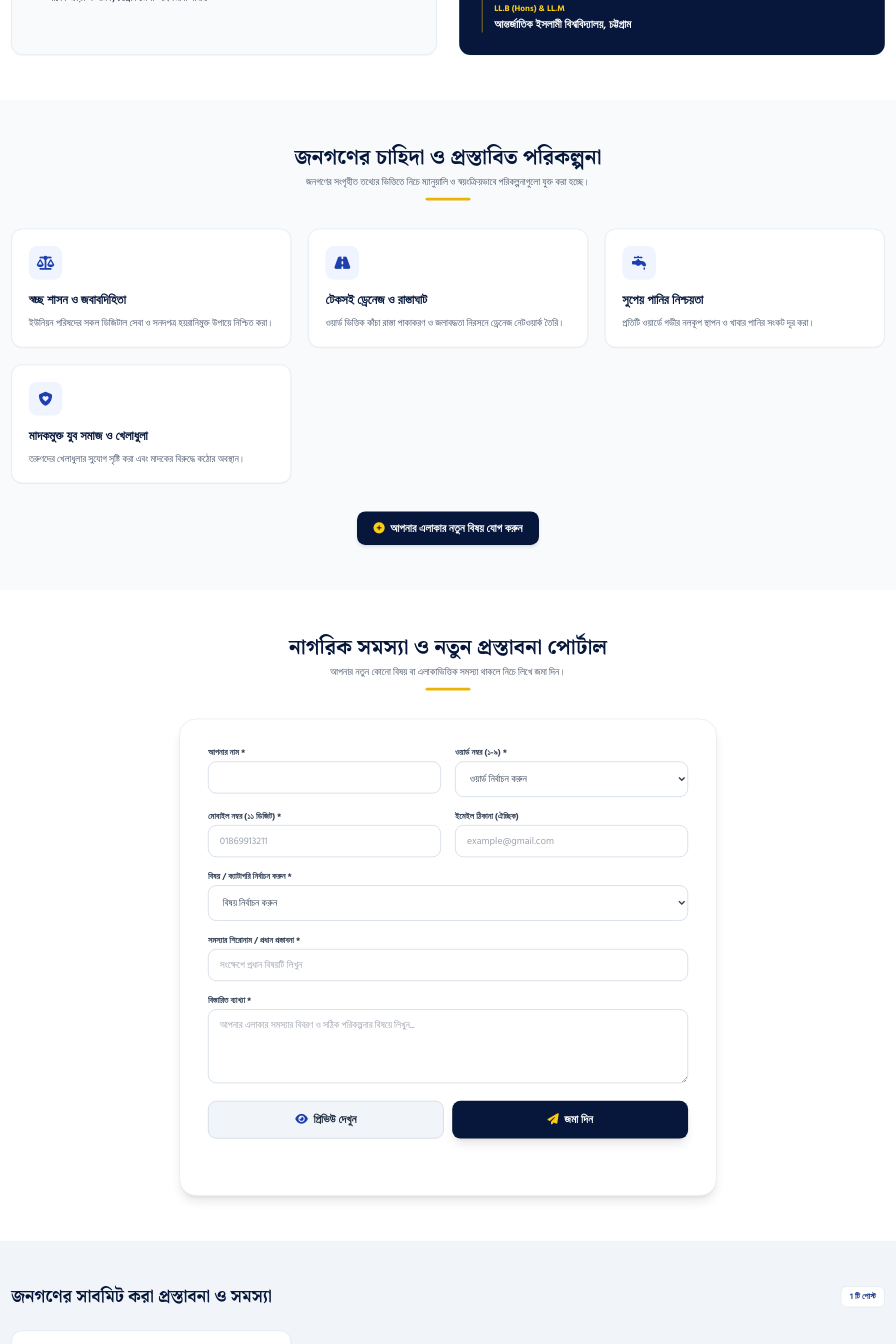
Repository: Saiful21Islam/Chairman-Candidate-Advocate-Md.-Omar-Faruk
Page: index.html
These files come from the project's save history. The page is drawn as it stood at one moment and after the next save; the edit follows.
The browser window is 1280 px wide. The pictures show the part of the page from y = 1101 to 3021 px (the page is 4301 px tall), at 70% of full size.
The page's requests for data from a server got no answer. Some web libraries are served in a nearby version.

Above is the page before, as saved 2026-10-07 00:17:38.

After the next save:
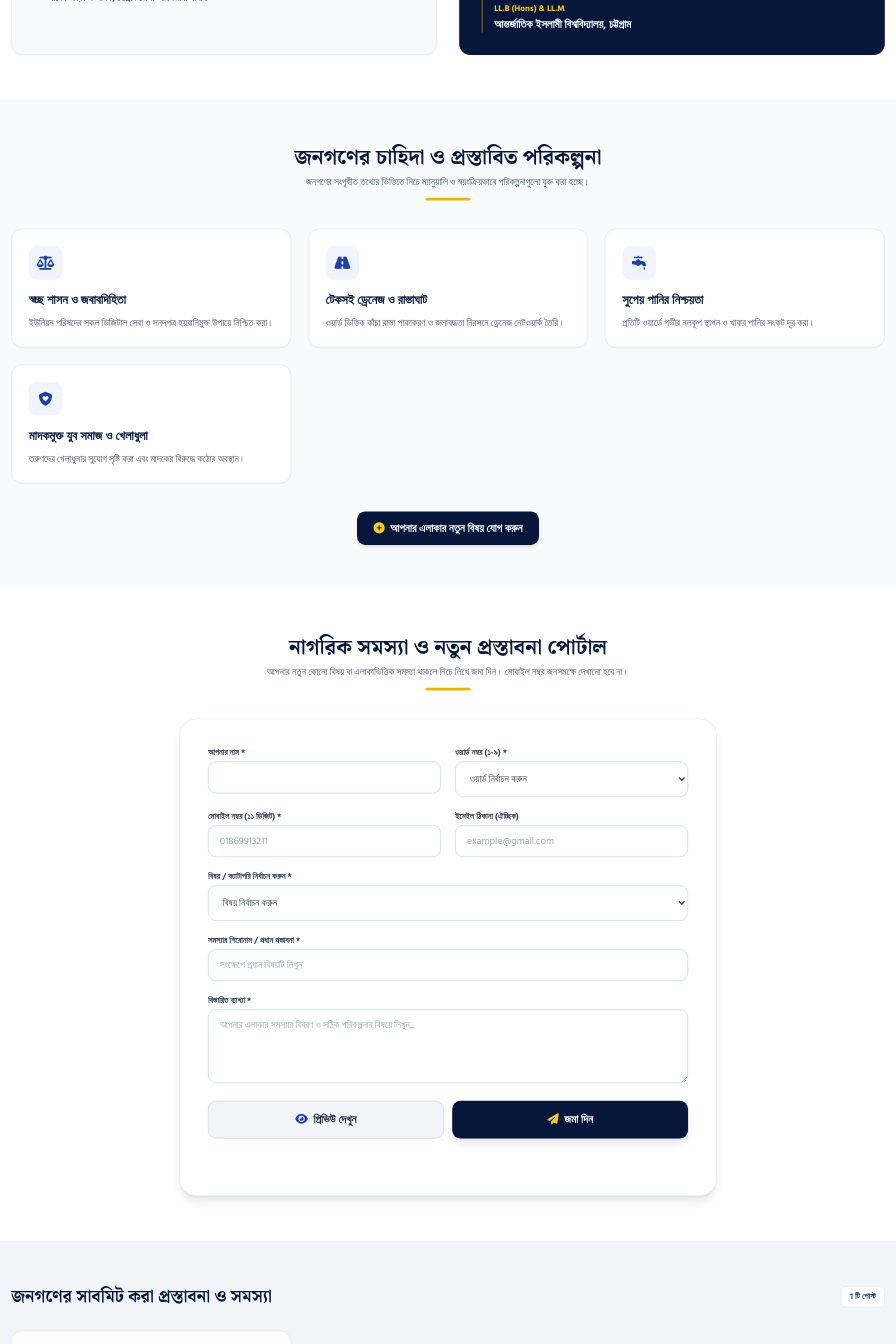
Saved 23 s later.
--- a/index.html
+++ b/index.html
@@ -161,7 +161,7 @@
         <h2 class="font-serif text-3xl font-extrabold text-navy-900" data-bn="নাগরিক সমস্যা ও নতুন প্রস্তাবনা পোর্টাল" data-en="Citizen Issue & Suggestion Portal">নাগরিক সমস্যা ও নতুন প্রস্তাবনা পোর্টাল</h2>
         <p class="text-slate-600 text-sm mt-2" data-bn="আপনার নতুন কোনো বিষয় বা এলাকাভিত্তিক সমস্যা থাকলে নিচে লিখে জমা দিন। মোবাইল নম্বর জনসমক্ষে দেখানো হবে না।
 
-" data-en="Submit any new topics or local issues using the form below.">আপনার নতুন কোনো বিষয় বা এলাকাভিত্তিক সমস্যা থাকলে নিচে লিখে জমা দিন।</p>
+" data-en="Submit any new topics or local issues using the form below.">আপনার নতুন কোনো বিষয় বা এলাকাভিত্তিক সমস্যা থাকলে নিচে লিখে জমা দিন। মোবাইল নম্বর জনসমক্ষে দেখানো হবে না।</p>
         <div class="w-16 h-1 bg-gold-500 mx-auto mt-3 rounded-full"></div>
       </div>
 
